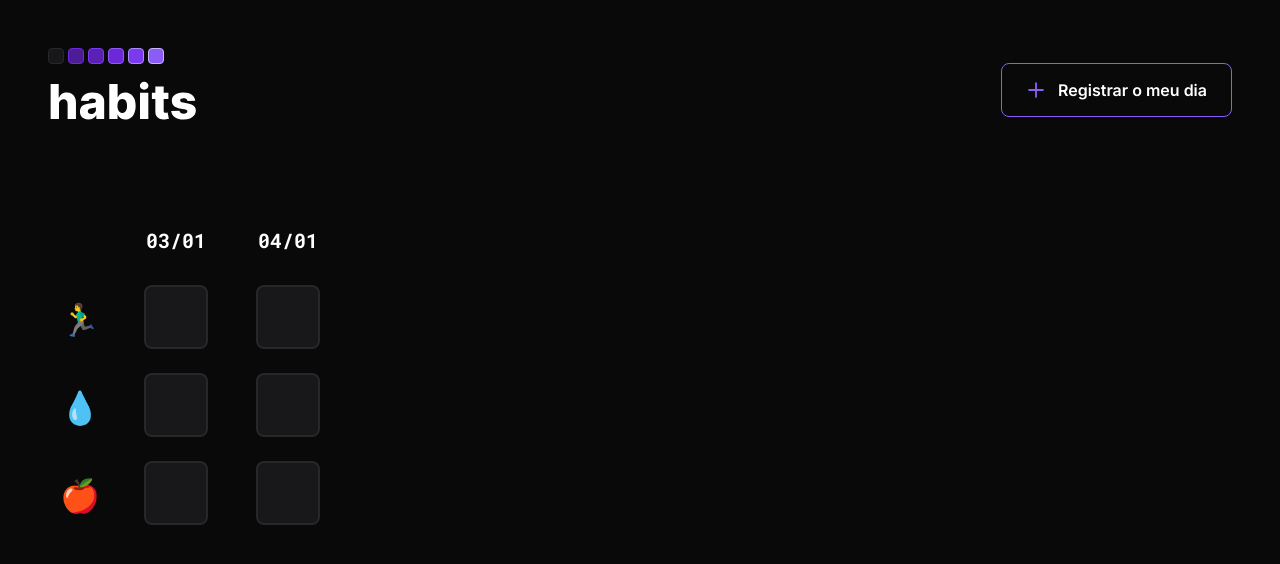
Repository: AntonyCosta/nlw-setup
Page: index.html
These files come from the project's save history. The page is drawn as it stood at one moment and after the next save; the edit follows.
The browser window is 1280 px wide. The pictures show the whole page.

Above is the page before, as saved 2023-01-18 04:00:58.

### index.html
<!DOCTYPE html>
<html lang="pt-br">
  <head>
    <meta charset="UTF-8" />
    <meta http-equiv="X-UA-Compatible" content="IE=edge" />
    <meta name="viewport" content="width=device-width, initial-scale=1.0" />
    <link rel="preconnect" href="https://fonts.googleapis.com" />
    <link rel="preconnect" href="https://fonts.gstatic.com" crossorigin />
    <link
      href="https://fonts.googleapis.com/css2?family=Inter:wght@600&family=Roboto+Mono:wght@700&display=swap"
      rel="stylesheet"
    />

    <link rel="stylesheet" href="style.css" />
    <title>Habits</title>
  </head>
  <body>
    <header>
      <img src="./assets/logo.svg" alt="" />
      <button>
        <img src="./assets/plus.svg" alt="" />
        Registrar o meu dia
      </button>
    </header>

    <form>
      <div class="habits">
        <div class="habit">🏃‍♂️</div>
        <div class="habit">💧</div>
        <div class="habit">🍎</div>
      </div>

      <div class="days">
        <div class="day">
          <div>03/01</div>
          <input type="checkbox" name="run" />
          <input type="checkbox" name="water" />
          <input type="checkbox" name="food" />
        </div>

        <div class="day">
          <div>04/01</div>
          <input type="checkbox" name="run" />
          <input type="checkbox" name="water" />
          <input type="checkbox" name="food" />
        </div>
      </div>
    </form>
  </body>
</html>

### style.css
* {
  margin: 0;
  padding: 0;
  box-sizing: border-box;
}

body {
  background-color: #09090a;
  color: white;

  /* display: grid;
  place-items: center; */

  height: 100vh;
}

header {
  display: flex;
  align-items: center;
  justify-content: space-between;

  padding: 48px;
}

button {
  padding: 16px 24px;
  border: 1px solid #8b5cf6;
  border-radius: 8px;
  background: transparent;
  color: #ffffff;

  display: flex;
  align-items: center;
  gap: 12px;

  font-family: "Inter", arial, sans-serif;
  font-weight: 600;
  font-size: 16px;
  line-height: 125%;
}

form {
  display: flex;

  padding: 48px;
}

.habits {
  margin-top: 60px;
  display: flex;
  flex-direction: column;
  gap: 24px;
}

.habit {
  width: 64px;
  height: 64px;

  font-size: 32px;

  display: flex;
  align-items: center;
  justify-content: center;
}

.days {
  display: flex;
  gap: 48px;
  margin-left: 32px;
}

.day {
  display: flex;
  flex-direction: column;
  gap: 24px;
}

.day div {
  margin-bottom: 8px;
  font-family: "Roboto Mono", sans-serif;
  font-size: 20px;
  line-height: 125%;
  text-align: center;
}

input {
  appearance: none;
  -webkit-appearance: none;

  width: 64px;
  height: 64px;

  border: 2px solid #27272a;
  border-radius: 8px;

  background: #18181b;
}

input:checked {
  background: #8b5cf6;
  border: 2px solid #a78bfa;
}

After the next save:
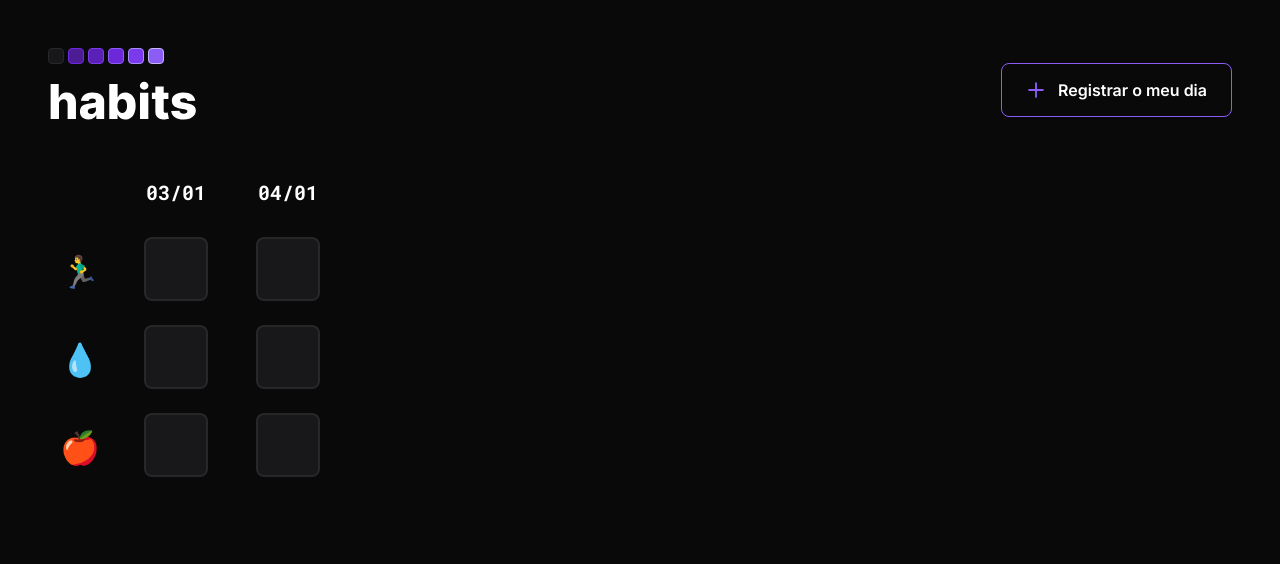
Saved 27 s later.
--- a/style.css
+++ b/style.css
@@ -42,7 +42,7 @@ button {
 form {
   display: flex;
 
-  padding: 48px;
+  padding: 0 48px;
 }
 
 .habits {
